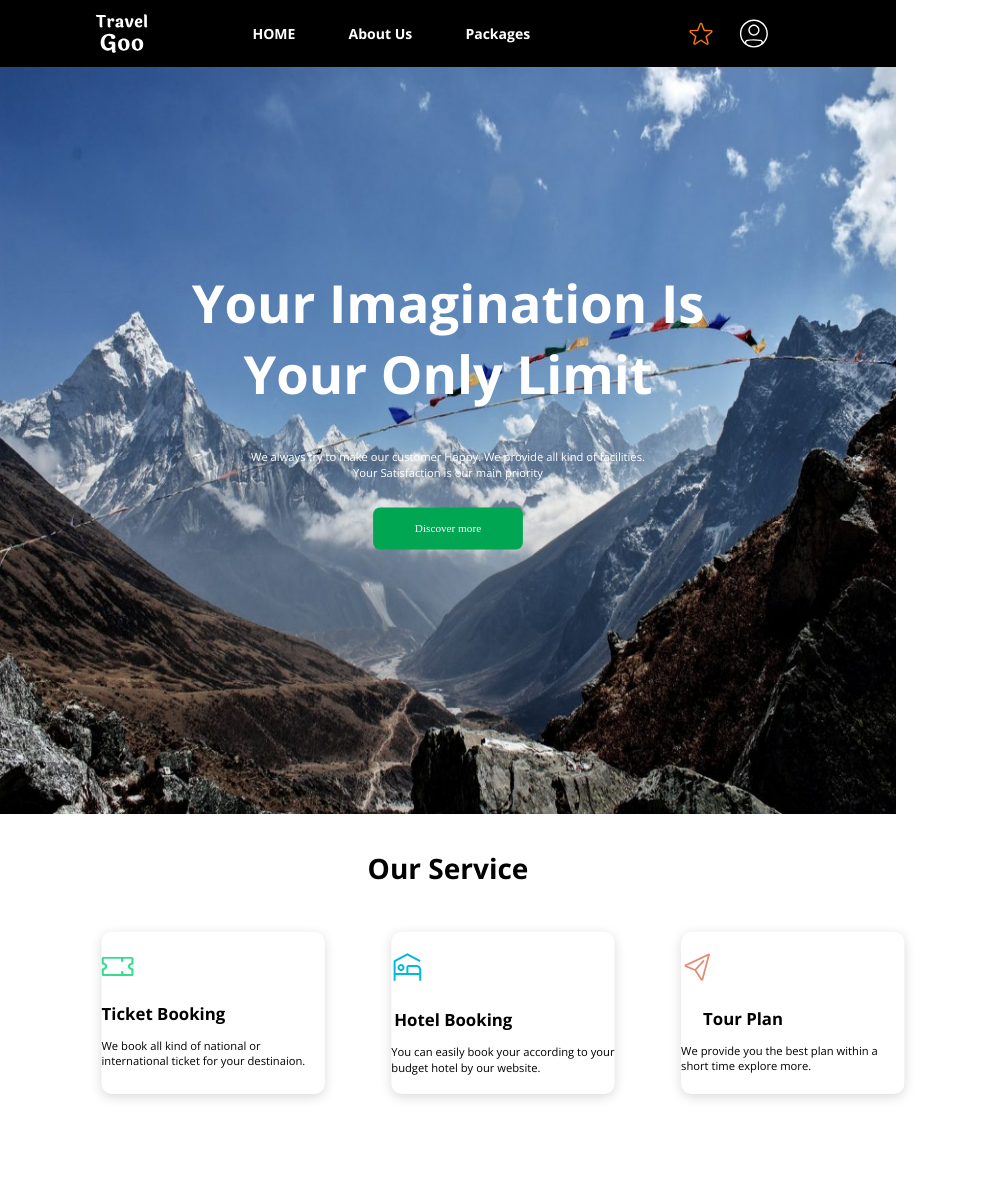
Repository: kubrazamanova/Background-Image
Page: index.html
These files come from the project's save history. The page is drawn as it stood at one moment and after the next save; the edit follows.
The browser window is 1280 px wide. The page is 1417 px wide, so the pictures cover 1417 px, including what lies to the right of the window. The pictures show the part of the page from y = 0 to 1720 px (the page is 2743 px tall), at 70% of full size.

Above is the page before, as saved 2023-10-17 18:44:12.

### index.html
<!DOCTYPE html>
<html lang="en">
  <head>
    <meta charset="UTF-8" />
    <meta name="viewport" content="width=device-width, initial-scale=1.0" />
    <link rel="stylesheet" href="index.css" />
    <title>Document</title>
  </head>
  <body>
    <div class="container">
      <div class="home-page">
        <nav>
          <img src="./image/Travel Goo.svg" alt="" />
          <ul>
            <li>
              <a href="#">HOME</a>
            </li>

            <li>
              <a href="#">About Us</a>
            </li>

            <li>
              <a href="#">Packages</a>
            </li>
          </ul>
          <div class="photo1">
            <img src="./image/star.svg" alt="" />
            <img src="./image/user.svg" alt="" />
          </div>
        </nav>

        <div class="service-page">
          <main>
            <h1>Your Imagination Is Your Only Limit</h1>
            <p>
              We always try to make our customer Happy. We provide all kind of
              facilities. Your Satisfaction is our main priority
            </p>
            <a href="#">Discover more</a>
          </main>
        </div>
      </div>

      <div class="our-service-page">
        <h1>Our Service</h1>

        <ul>
          <li>
            <svg
              xmlns="http://www.w3.org/2000/svg"
              width="46"
              height="28"
              viewBox="0 0 46 28"
              fill="none"
            >
              <path
                d="M44.3571 10.9036C44.7929 10.9036 45.2107 10.76 45.5188 10.5044C45.8269 10.2488 46 9.90215 46 9.54067V2.72591C46 2.00295 45.6538 1.30961 45.0376 0.7984C44.4214 0.287193 43.5857 0 42.7143 0H3.28571C2.41429 0 1.57855 0.287193 0.962363 0.7984C0.346172 1.30961 0 2.00295 0 2.72591V9.54067C0 9.90215 0.173086 10.2488 0.481182 10.5044C0.789277 10.76 1.20714 10.9036 1.64286 10.9036C2.51428 10.9036 3.35002 11.1908 3.96621 11.702C4.5824 12.2132 4.92857 12.9066 4.92857 13.6295C4.92857 14.3525 4.5824 15.0458 3.96621 15.557C3.35002 16.0682 2.51428 16.3554 1.64286 16.3554C1.20714 16.3554 0.789277 16.499 0.481182 16.7546C0.173086 17.0102 0 17.3569 0 17.7184V24.5332C0 25.2561 0.346172 25.9495 0.962363 26.4607C1.57855 26.9719 2.41429 27.2591 3.28571 27.2591H42.7143C43.5857 27.2591 44.4214 26.9719 45.0376 26.4607C45.6538 25.9495 46 25.2561 46 24.5332V17.7184C46 17.3569 45.8269 17.0102 45.5188 16.7546C45.2107 16.499 44.7929 16.3554 44.3571 16.3554C43.4857 16.3554 42.65 16.0682 42.0338 15.557C41.4176 15.0458 41.0714 14.3525 41.0714 13.6295C41.0714 12.9066 41.4176 12.2132 42.0338 11.702C42.65 11.1908 43.4857 10.9036 44.3571 10.9036ZM42.7143 18.9042V24.5332H31.2143V20.4443H27.9286V24.5332H3.28571V18.9042C4.69199 18.5992 5.93673 17.9161 6.82512 16.9617C7.71351 16.0073 8.19542 14.8354 8.19542 13.6295C8.19542 12.4237 7.71351 11.2518 6.82512 10.2974C5.93673 9.34297 4.69199 8.65984 3.28571 8.3549V2.72591H27.9286V6.81477H31.2143V2.72591H42.7143V8.3549C41.308 8.65984 40.0633 9.34297 39.1749 10.2974C38.2865 11.2518 37.8046 12.4237 37.8046 13.6295C37.8046 14.8354 38.2865 16.0073 39.1749 16.9617C40.0633 17.9161 41.308 18.5992 42.7143 18.9042Z"
                fill="#32DF8F"
              />
            </svg>
            <b>Ticket Booking</b>
            <p>
              We book all kind of national or international ticket for your
              destinaion.
            </p>
          </li>

          <li>
            <svg
              xmlns="http://www.w3.org/2000/svg"
              width="45"
              height="45"
              viewBox="0 0 45 45"
              fill="none"
            >
              <path
                d="M13.3594 21.0938C13.7766 21.0938 14.1844 21.2175 14.5313 21.4492C14.8782 21.681 15.1485 22.0105 15.3082 22.3959C15.4678 22.7813 15.5096 23.2055 15.4282 23.6146C15.3468 24.0238 15.1459 24.3997 14.8509 24.6947C14.5559 24.9897 14.1801 25.1906 13.7709 25.272C13.3617 25.3534 12.9376 25.3116 12.5522 25.1519C12.1667 24.9923 11.8373 24.7219 11.6055 24.375C11.3737 24.0281 11.25 23.6203 11.25 23.2031C11.25 22.6437 11.4722 22.1072 11.8678 21.7116C12.2634 21.316 12.7999 21.0938 13.3594 21.0938ZM13.3594 18.2812C12.3859 18.2813 11.4343 18.5699 10.6249 19.1107C9.81553 19.6516 9.18468 20.4203 8.81216 21.3196C8.43963 22.219 8.34216 23.2086 8.53207 24.1633C8.72199 25.1181 9.19075 25.9951 9.87909 26.6834C10.5674 27.3718 11.4444 27.8405 12.3992 28.0304C13.3539 28.2203 14.3435 28.1229 15.2429 27.7503C16.1423 27.3778 16.9109 26.747 17.4518 25.9376C17.9926 25.1282 18.2813 24.1766 18.2813 23.2031C18.2813 21.8978 17.7627 20.6459 16.8397 19.7228C15.9166 18.7998 14.6647 18.2812 13.3594 18.2812Z"
                fill="#00B8E0"
              />
              <path
                d="M35.1562 19.6875H23.9062C23.1603 19.6875 22.445 19.9838 21.9175 20.5112C21.3901 21.0387 21.0938 21.7541 21.0938 22.5V30.9375H5.625V14.9062L22.5 5.82185L40.1203 15.3L41.4422 12.825L23.1609 2.98122C22.9575 2.87289 22.7305 2.81622 22.5 2.81622C22.2695 2.81622 22.0425 2.87289 21.8391 2.98122L3.55781 12.825C3.33326 12.9445 3.14536 13.1228 3.01411 13.3407C2.88285 13.5586 2.81318 13.8081 2.8125 14.0625V42.1875H5.625V33.75H39.375V42.1875H42.1875V26.7187C42.1875 24.8539 41.4467 23.0655 40.1281 21.7469C38.8095 20.4283 37.0211 19.6875 35.1562 19.6875ZM23.9062 30.9375V22.5H35.1562C36.2751 22.5 37.3482 22.9444 38.1394 23.7356C38.9305 24.5268 39.375 25.5998 39.375 26.7187V30.9375H23.9062Z"
                fill="#00B8E0"
              />
            </svg>
            <b>Hotel Booking</b>
            <p>
              You can easily book your according to your budget hotel by our
              website.
            </p>
          </li>

          <li>
            <svg
              xmlns="http://www.w3.org/2000/svg"
              width="41"
              height="41"
              viewBox="0 0 41 41"
              fill="none"
            >
              <path
                d="M37.9926 1.59009C37.7551 1.39292 37.4665 1.26731 37.1604 1.22788C36.8543 1.18845 36.5432 1.23683 36.2635 1.36739L2.7016 17.1207V20.1689L16.7983 25.8076L25.8404 39.7187H28.8893L38.5227 3.25115C38.6008 2.9525 38.5925 2.6378 38.4986 2.34372C38.4047 2.04964 38.2293 1.78828 37.9926 1.59009ZM27.0069 36.8113L19.2348 24.8538L31.1947 11.7545L29.3024 10.0267L17.2488 23.2282L5.62605 18.5791L35.5307 4.54201L27.0069 36.8113Z"
                fill="#E48B78"
              />
            </svg>
            <b>Tour Plan</b>
            <p>
              We provide you the best plan within a short time explore more.
            </p>
          </li>
        </ul>
      </div>
      <div class="best-service">
        <h1>We always try to give you the best service</h1>
        <p>
          We always try to make our customer Happy. We provide all kind of
          facilities. Your Satisfaction is our main priority.
        </p>

        <ul>
          <li>
            <svg
              xmlns="http://www.w3.org/2000/svg"
              width="42"
              height="42"
              viewBox="0 0 42 42"
              fill="none"
            >
              <g clip-path="url(#clip0_10_30)">
                <path
                  d="M39.375 3.93291L28.8658 3.93295V1.31714C28.8658 0.591982 28.2785 0.00463867 27.5533 0.00463867C26.8282 0.00463867 26.2408 0.591982 26.2408 1.31714V3.93229H15.7408V1.31714C15.7408 0.591982 15.1535 0.00463867 14.4283 0.00463867C13.7032 0.00463867 13.1158 0.591982 13.1158 1.31714V3.93229H2.625C1.17534 3.93229 0 5.10764 0 6.55729V39.3698C0 40.8194 1.17534 41.9948 2.625 41.9948H39.375C40.8247 41.9948 42 40.8194 42 39.3698V6.55729C42 5.10825 40.8247 3.93291 39.375 3.93291ZM39.375 39.3698H2.625V6.55729H13.1158V7.87964C13.1158 8.60475 13.7032 9.19214 14.4283 9.19214C15.1535 9.19214 15.7408 8.60475 15.7408 7.87964V6.55795H26.2408V7.88029C26.2408 8.60545 26.8282 9.19279 27.5533 9.19279C28.2785 9.19279 28.8658 8.60545 28.8658 7.88029V6.55795H39.375V39.3698ZM30.1875 20.9954H32.8125C33.537 20.9954 34.125 20.4074 34.125 19.6829V17.0579C34.125 16.3334 33.537 15.7454 32.8125 15.7454H30.1875C29.463 15.7454 28.875 16.3334 28.875 17.0579V19.6829C28.875 20.4074 29.463 20.9954 30.1875 20.9954ZM30.1875 31.4948H32.8125C33.537 31.4948 34.125 30.9074 34.125 30.1823V27.5573C34.125 26.8328 33.537 26.2448 32.8125 26.2448H30.1875C29.463 26.2448 28.875 26.8328 28.875 27.5573V30.1823C28.875 30.9081 29.463 31.4948 30.1875 31.4948ZM22.3125 26.2448H19.6875C18.963 26.2448 18.375 26.8328 18.375 27.5573V30.1823C18.375 30.9074 18.963 31.4948 19.6875 31.4948H22.3125C23.037 31.4948 23.625 30.9074 23.625 30.1823V27.5573C23.625 26.8334 23.037 26.2448 22.3125 26.2448ZM22.3125 15.7454H19.6875C18.963 15.7454 18.375 16.3334 18.375 17.0579V19.6829C18.375 20.4074 18.963 20.9954 19.6875 20.9954H22.3125C23.037 20.9954 23.625 20.4074 23.625 19.6829V17.0579C23.625 16.3328 23.037 15.7454 22.3125 15.7454ZM11.8125 15.7454H9.1875C8.463 15.7454 7.875 16.3334 7.875 17.0579V19.6829C7.875 20.4074 8.463 20.9954 9.1875 20.9954H11.8125C12.537 20.9954 13.125 20.4074 13.125 19.6829V17.0579C13.125 16.3328 12.537 15.7454 11.8125 15.7454ZM11.8125 26.2448H9.1875C8.463 26.2448 7.875 26.8328 7.875 27.5573V30.1823C7.875 30.9074 8.463 31.4948 9.1875 31.4948H11.8125C12.537 31.4948 13.125 30.9074 13.125 30.1823V27.5573C13.125 26.8334 12.537 26.2448 11.8125 26.2448Z"
                  fill="#005F15"
                />
              </g>
              <defs>
                <clipPath id="clip0_10_30">
                  <rect width="42" height="42" fill="white" />
                </clipPath>
              </defs>
            </svg>
            <b>15+</b>
            <p>Years of Experience</p>
          </li>

          <li>
            <svg
              xmlns="http://www.w3.org/2000/svg"
              width="43"
              height="43"
              viewBox="0 0 43 43"
              fill="none"
            >
              <path
                d="M37.2891 33.2578H8.39844V7.05469C8.39844 6.86992 8.24727 6.71875 8.0625 6.71875H5.71094C5.52617 6.71875 5.375 6.86992 5.375 7.05469V35.9453C5.375 36.1301 5.52617 36.2812 5.71094 36.2812H37.2891C37.4738 36.2812 37.625 36.1301 37.625 35.9453V33.5938C37.625 33.409 37.4738 33.2578 37.2891 33.2578ZM12.0938 29.8984H14.4453C14.6301 29.8984 14.7812 29.7473 14.7812 29.5625V23.5156C14.7812 23.3309 14.6301 23.1797 14.4453 23.1797H12.0938C11.909 23.1797 11.7578 23.3309 11.7578 23.5156V29.5625C11.7578 29.7473 11.909 29.8984 12.0938 29.8984ZM18.4766 29.8984H20.8281C21.0129 29.8984 21.1641 29.7473 21.1641 29.5625V16.125C21.1641 15.9402 21.0129 15.7891 20.8281 15.7891H18.4766C18.2918 15.7891 18.1406 15.9402 18.1406 16.125V29.5625C18.1406 29.7473 18.2918 29.8984 18.4766 29.8984ZM24.8594 29.8984H27.2109C27.3957 29.8984 27.5469 29.7473 27.5469 29.5625V19.4004C27.5469 19.2156 27.3957 19.0645 27.2109 19.0645H24.8594C24.6746 19.0645 24.5234 19.2156 24.5234 19.4004V29.5625C24.5234 29.7473 24.6746 29.8984 24.8594 29.8984ZM31.2422 29.8984H33.5938C33.7785 29.8984 33.9297 29.7473 33.9297 29.5625V12.7656C33.9297 12.5809 33.7785 12.4297 33.5938 12.4297H31.2422C31.0574 12.4297 30.9062 12.5809 30.9062 12.7656V29.5625C30.9062 29.7473 31.0574 29.8984 31.2422 29.8984Z"
                fill="#005F15"
              />
            </svg>
            <b>15k+</b>
            <p>Happy Travellers</p>
          </li>

          <li>
            <svg
              xmlns="http://www.w3.org/2000/svg"
              width="43"
              height="43"
              viewBox="0 0 43 43"
              fill="none"
            >
              <path
                d="M21.5 32.25L13.3166 20.6938C11.9771 19.1122 11.1145 17.1827 10.8292 15.1299C10.5439 13.0771 10.8478 10.9855 11.7053 9.09874C12.5628 7.21193 13.9387 5.60758 15.6728 4.47252C17.4068 3.33747 19.4277 2.71843 21.5 2.6875C24.3726 2.71589 27.1168 3.88155 29.1317 5.92918C31.1466 7.97681 32.2679 10.7395 32.25 13.6122C32.2511 16.1182 31.3979 18.5497 29.8312 20.5056L21.5 32.25ZM21.5 5.375C19.339 5.39982 17.2763 6.28119 15.7646 7.8256C14.253 9.37001 13.416 11.4512 13.4375 13.6122C13.4465 15.5846 14.1561 17.4896 15.4397 18.9872L21.5 27.5738L27.7216 18.8125C28.9042 17.3363 29.553 15.5036 29.5625 13.6122C29.584 11.4512 28.747 9.37001 27.2354 7.8256C25.7237 6.28119 23.6609 5.39982 21.5 5.375Z"
                fill="#005F15"
              />
              <path
                d="M21.5 14.7812C22.9843 14.7812 24.1875 13.578 24.1875 12.0938C24.1875 10.6095 22.9843 9.40625 21.5 9.40625C20.0157 9.40625 18.8125 10.6095 18.8125 12.0938C18.8125 13.578 20.0157 14.7812 21.5 14.7812Z"
                fill="#005F15"
              />
              <path
                d="M37.625 16.125H34.9375V18.8125H37.625V37.625H5.375V18.8125H8.0625V16.125H5.375C4.66223 16.125 3.97865 16.4081 3.47465 16.9122C2.97065 17.4162 2.6875 18.0997 2.6875 18.8125V37.625C2.6875 38.3378 2.97065 39.0213 3.47465 39.5253C3.97865 40.0294 4.66223 40.3125 5.375 40.3125H37.625C38.3378 40.3125 39.0213 40.0294 39.5253 39.5253C40.0294 39.0213 40.3125 38.3378 40.3125 37.625V18.8125C40.3125 18.0997 40.0294 17.4162 39.5253 16.9122C39.0213 16.4081 38.3378 16.125 37.625 16.125Z"
                fill="#005F15"
              />
            </svg>
            <b>650+</b>
            <p>Places Visited</p>
          </li>

          <li>
            <svg
              xmlns="http://www.w3.org/2000/svg"
              width="35"
              height="35"
              viewBox="0 0 35 35"
              fill="none"
            >
              <path
                d="M3.09169 19.7254C4.17377 26.6977 10.2404 32.0775 17.5015 32.0775C25.5209 32.0775 32.0819 25.5164 32.0819 17.497C32.0819 9.47767 25.5223 2.91663 17.5029 2.91663C12.6934 2.91663 8.46127 5.25142 5.83335 8.74996V2.91808L2.92106 2.91663L2.91669 13.125H13.125V10.2083L8.45981 10.2068C10.5 7.58475 13.8571 5.83329 17.5029 5.83329C23.9167 5.83329 29.1667 11.0833 29.1667 17.497C29.1667 23.9108 23.9167 29.1622 17.5015 29.1622C11.8461 29.1622 7.10065 25.0877 6.05502 19.7254H3.09169Z"
                fill="#005F15"
              />
              <path
                d="M16.0446 10.2069V17.939L20.7127 24.2054L23.046 22.4598L18.9612 17.0625V10.2069H16.0446Z"
                fill="#005F15"
              />
            </svg>
            <b>2k+</b>
            <p>Travel History</p>
          </li>
        </ul>
      </div>
    </div>
  </body>
</html>

### index.css
@import url("https://fonts.googleapis.com/css2?family=Open+Sans:wght@400;700&display=swap");
* {
  margin: 0;
  padding: 0;
  box-sizing: border-box;
}

.home-page {
  min-height: 100vh;
  background-image: url('./image/mount-everest-1313x875.jpg');
  background-repeat: no-repeat;
  background-size: 100% 100%;
}

.home-page nav {
  width: 100%;
  padding: 20px 145px 20px 136px;
  background-color: black;
  display: flex;
  justify-content: space-between;
  position: fixed;
}

.home-page ul {
  display: flex;
  align-items: center;
}

.home-page ul li a {
  margin-right: 76px;
  list-style-type: none;
  text-decoration: none;
  color: #fff;
  font-family: Open Sans;
  font-size: 20px;
  font-style: normal;
  font-weight: 600;
  line-height: normal;
}
.home-page .photo1 {
  display: flex;
  align-items: center;
}

.home-page .photo1 img {
  margin-right: 34px;
}

.service-page main {
  padding: 381px 475px 378px 475px;
  display: flex;
  flex-direction: column;
  justify-content: center;
  align-items: center;
}

.service-page h1 {
  width: 779px;
  color: #fff;
  text-align: center;
  font-family: Open Sans;
  font-size: 75px;
  font-style: normal;
  font-weight: 800;
  line-height: normal;
}

.service-page p {
  width: 568px;
  margin-top: 57px;
  color: #fff;
  text-align: center;
  font-family: Open Sans;
  font-size: 16px;
  font-style: normal;
  font-weight: 400;
  line-height: normal;
}

.service-page a {
  display: block;
  margin-top: 39px;
  width: 214px;
  height: 60px;
  border-radius: 10px;
  background: #00a651;
  text-decoration: none;
  color: white;
  display: flex;
  justify-content: center;
  align-items: center;
}

.our-service-page {
  padding: 50px 145px 88px 145px;
  min-height: 100vh;
  background-color: #fff;
}

.our-service-page h1 {
  color: #000;
  text-align: center;
  font-family: Open Sans;
  font-size: 40px;
  font-style: normal;
  font-weight: 700;
  line-height: normal;
}

.our-service-page ul {
  display: flex;
}

.our-service-page ul li {
  width: 416px;
  height: 232px;
  margin-right: 95px;
  margin-top: 63px;
  list-style-type: none;
  border-radius: 15px;
  background-color: #f9f9f9;
  border-radius: 15px;
  background: #fff;
  box-shadow: 0px 4px 16px 0px rgba(0, 0, 0, 0.15);
  display: flex;
  flex-direction: column;
  justify-content: center;
}

.our-service-page ul li svg {
  width: 46px;
  margin-bottom: 36px;
}

.our-service-page ul li b {
  width: 177px;
  margin-bottom: 19px;
  color: #000;
  text-align: center;
  font-family: Open Sans;
  font-size: 24px;
  font-style: normal;
  font-weight: 700;
  line-height: normal;
}

.our-service-page ul li p {
  width: 319px;
  color: #000;
  font-family: Open Sans;
  font-size: 16px;
  font-style: normal;
  font-weight: 400;
  line-height: normal;
}

.best-service {
  padding: 169px 167px 113px 176px;
  min-height: 100vh;
  background: rgba(0, 88, 83, 0.05);
  display: flex;
  flex-direction: column;
  justify-content: center;
  align-items: center;
}

.best-service h1 {
  width: 518px;
  color: #000;
  text-align: center;
  font-family: Open Sans;
  font-size: 40px;
  font-style: normal;
  font-weight: 700;
  line-height: normal;
}

.best-service p {
  width: 495px;
  margin-top: 19px;
  color: #000;
  text-align: center;
  font-family: Open Sans;
  font-size: 16px;
  font-style: normal;
  font-weight: 400;
  line-height: normal;
}

.best-service ul {
  margin-top: 118px;
  display: flex;
}

.best-service ul li {
  list-style-type: none;
  width: 250px;
  height: 250px;
  border-radius: 15px;
  background: #fff;
  margin-right: 136px;
  display: flex;
  flex-direction: column;
  align-items: center;
}

.best-service svg {
  margin-top: 43px;
  width: 42px;
  height: 42px;
}

.best-service b {
  margin-top: 19px;
  color: #000;
  font-family: Open Sans;
  font-size: 36px;
  font-style: normal;
  font-weight: 700;
  line-height: normal;
}

.best-service p {
  color: #000;
  text-align: center;
  font-family: Open Sans;
  font-size: 20px;
  font-style: normal;
  font-weight: 400;
  line-height: normal;
}

After the next save:
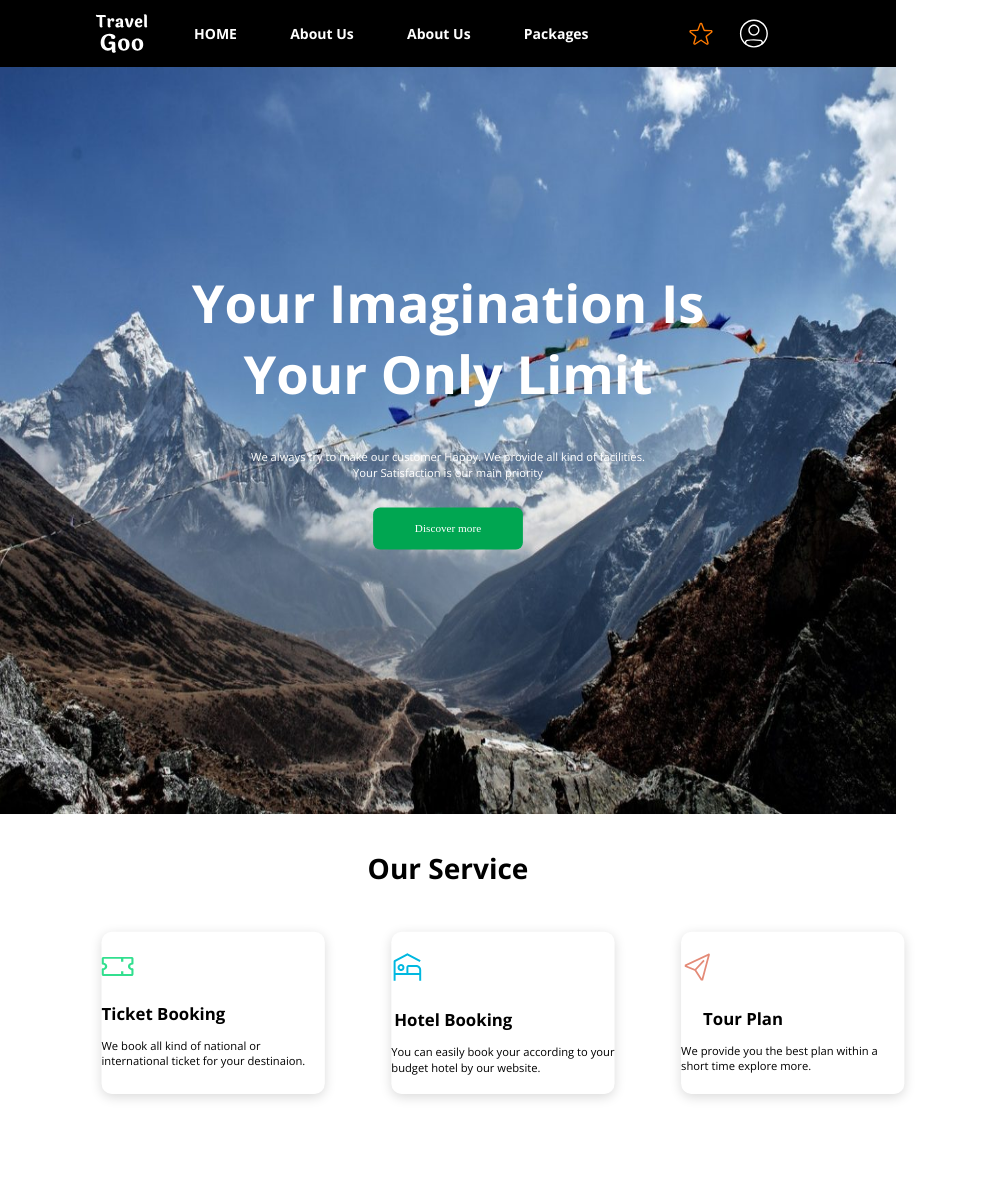
Saved 28 s later.
--- a/index.html
+++ b/index.html
@@ -15,7 +15,9 @@
             <li>
               <a href="#">HOME</a>
             </li>
-
+            <li>
+              <a href="#">About Us</a>
+            </li>
             <li>
               <a href="#">About Us</a>
             </li>
